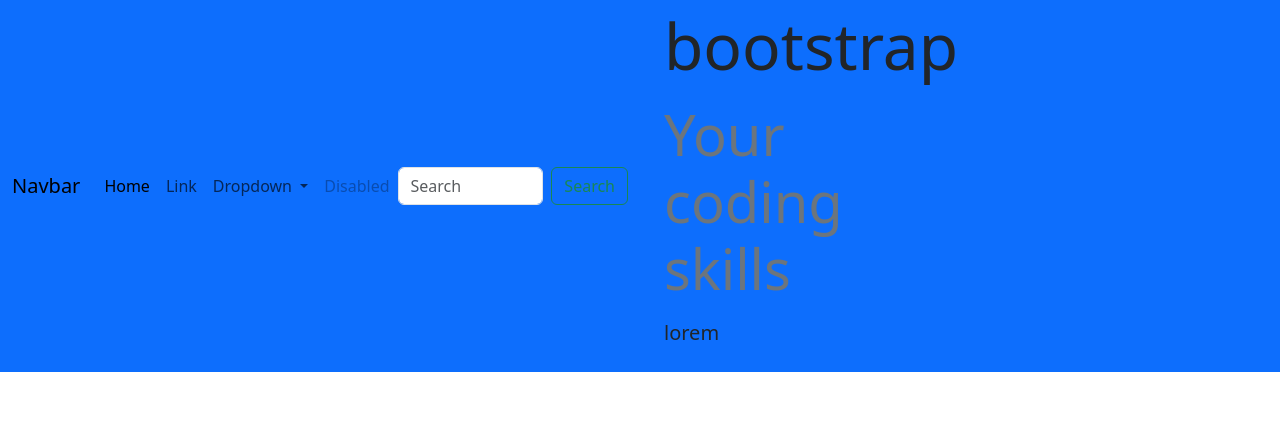
Repository: Riyakashiwala/practical
Page: riya 6th sem/book website.html
An editor plug-in stored every save of this project. The page is shown before and after the next save, followed by the edit.
The browser window is 1280 px wide. The pictures show the whole page.

Above is the page before, as saved 2024-12-11 06:38:41.

### riya 6th sem/book website.html
<!DOCTYPE html>
<html lang="en">
<head>
    <meta charset="UTF-8">
    <meta name="viewport" content="width=device-width, initial-scale=1.0">
    <title>Book Website</title>
    <link href="https://cdn.jsdelivr.net/npm/bootstrap@5.3.3/dist/css/bootstrap.min.css" rel="stylesheet" integrity="sha384-QWTKZyjpPEjISv5WaRU9OFeRpok6YctnYmDr5pNlyT2bRjXh0JMhjY6hW+ALEwIH" crossorigin="anonymous">


</head>
<body>
    <nav class="navbar navbar-expand-lg bg-primary">
        <div class="container-fluid bg-primary">
            <a class="navbar-brand" href="#">Navbar</a>
            <button class="navbar-toggler" type="button" data-bs-toggle="collapse" data-bs-target="#navbarSupportedContent" aria-controls="navbarSupportedContent" aria-expanded="false" aria-label="Toggle navigation">
            <span class="navbar-toggler-icon"></span>
            </button>
            <div class="collapse navbar-collapse" id="navbarSupportedContent">
            <ul class="navbar-nav me-auto mb-2 mb-lg-0">
                <li class="nav-item">
                <a class="nav-link active" aria-current="page" href="#">Home</a>
                </li>
                <li class="nav-item">
                <a class="nav-link" href="#">Link</a>
                </li>
                <li class="nav-item dropdown">
                <a class="nav-link dropdown-toggle" href="#" role="button" data-bs-toggle="dropdown" aria-expanded="false">
                Dropdown
                </a>
                <ul class="dropdown-menu">
                <li><a class="dropdown-item" href="#">Action</a></li>
                <li><a class="dropdown-item" href="#">Another action</a></li>
                <li><hr class="dropdown-divider"></li>
                <li><a class="dropdown-item" href="#">Something else here</a></li>
                </ul>
                </li>
            <li class="nav-item">
                <a class="nav-link disabled" aria-disabled="true">Disabled</a>
            </li>
            </ul>
            <form class="d-flex" role="search">
            <input class="form-control me-2" type="search" placeholder="Search" aria-label="Search">
            <button class="btn btn-outline-success" type="submit">Search</button>
            </form>
        </div>
        </div>
        <div class="container-fluid bg-primary">
        <div class="container">
            <section id="intro">
                <div class="row justify-content-start">
                    <div class="col-6">
                        <p class="display-3">bootstrap</p>
                        <p class="display-4 text-secondary">Your coding skills</p>
                        <p class="lead">lorem</p>
                    </div>
                </div>
            </section>
        </div>
        </div>
    </nav>
    <script src="https://cdn.jsdelivr.net/npm/bootstrap@5.3.3/dist/js/bootstrap.bundle.min.js" integrity="sha384-YvpcrYf0tY3lHB60NNkmXc5s9fDVZLESaAA55NDzOxhy9GkcIdslK1eN7N6jIeHz" crossorigin="anonymous"></script>
</body>
</html>

After the next save:
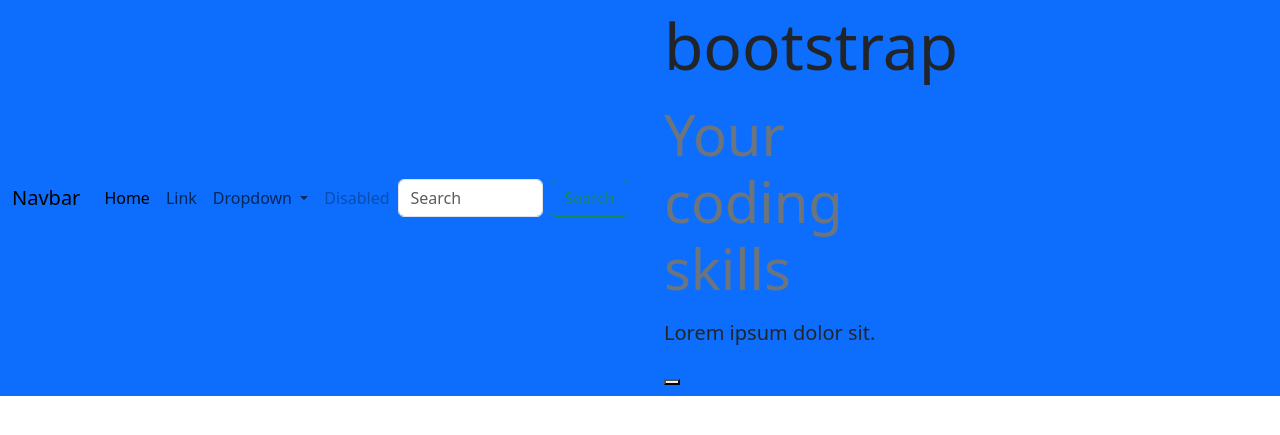
Saved 14 s later.
--- a/riya 6th sem/book website.html
+++ b/riya 6th sem/book website.html
@@ -51,7 +51,8 @@
                     <div class="col-6">
                         <p class="display-3">bootstrap</p>
                         <p class="display-4 text-secondary">Your coding skills</p>
-                        <p class="lead">lorem</p>
+                        <p class="lead">Lorem ipsum dolor sit.</p>
+                        <button></button>
                     </div>
                 </div>
             </section>
